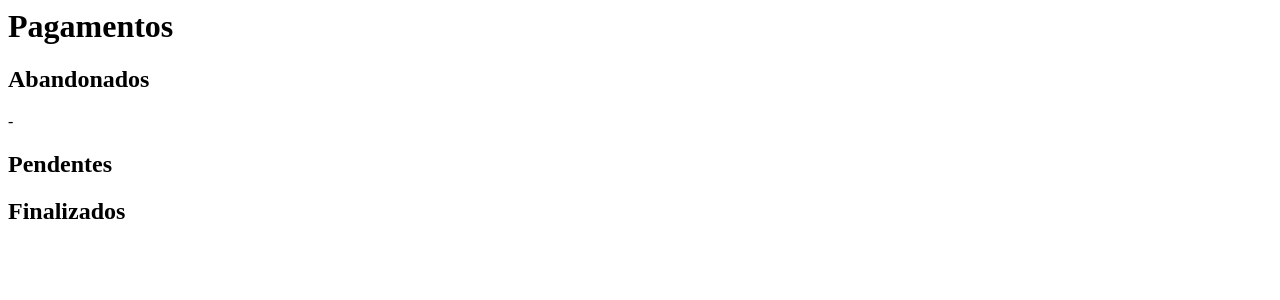
Repository: organicos/organicos.github.io
Page: partials/payments/payments.html
The author's editor kept a record of every edit. The page is drawn from the files as they stood at one moment, then again after the next edit.
The browser window is 1280 px wide. The pictures show the whole page.

Above is the page before.

After the next edit:
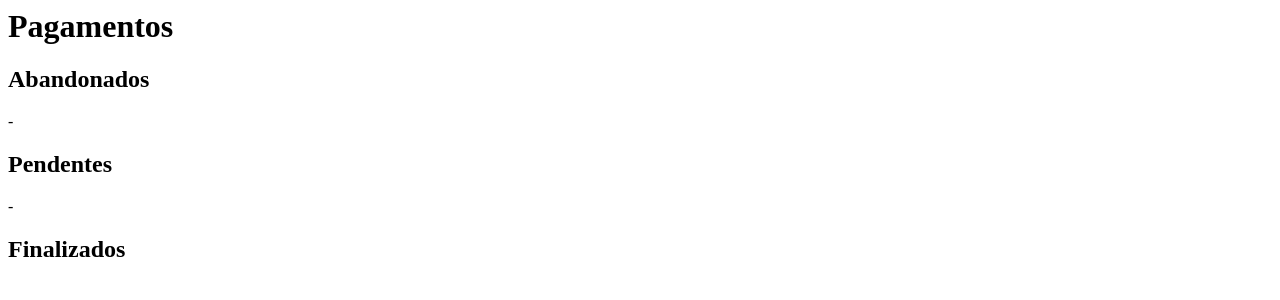
The edit:
--- a/partials/payments/payments.html
+++ b/partials/payments/payments.html
@@ -7,7 +7,10 @@
 </div>
 
 <h2>Pendentes</h2>
-<div ng-repeat="payment in payments" ng-bind="payment.identifier"></div>
+<div ng-repeat="payment in payments.transactions">
+    <span ng-bind="payment.code[0]"></span> -
+    <strong ng-bind="payment.reference[0]"></strong>
+</div>
 
 <h2>Finalizados</h2>
 <div ng-repeat="payment in payments" ng-bind="payment.identifier"></div>
